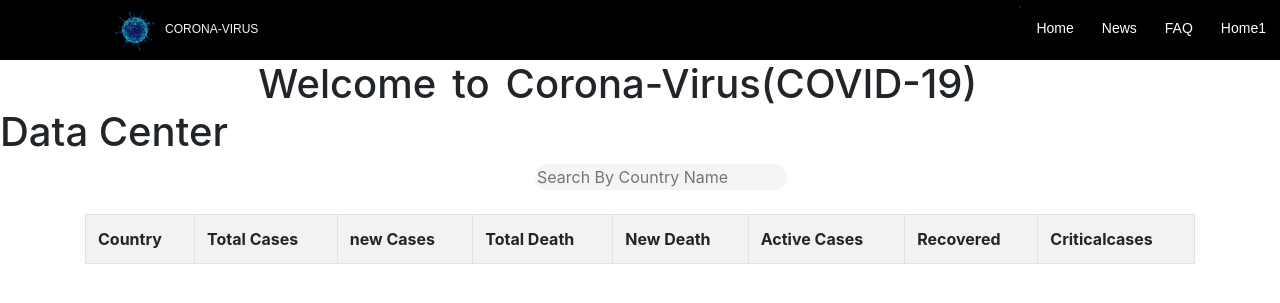
Repository: xthashankar/COVID-19-data-
Page: index.html
These files come from the project's save history. The page is drawn as it stood at one moment and after the next save; the edit follows.
The browser window is 1280 px wide. The pictures show the whole page.
The page's requests for data from a server got no answer.

Above is the page before, as saved 2020-04-16 12:18:21.

After the next save:
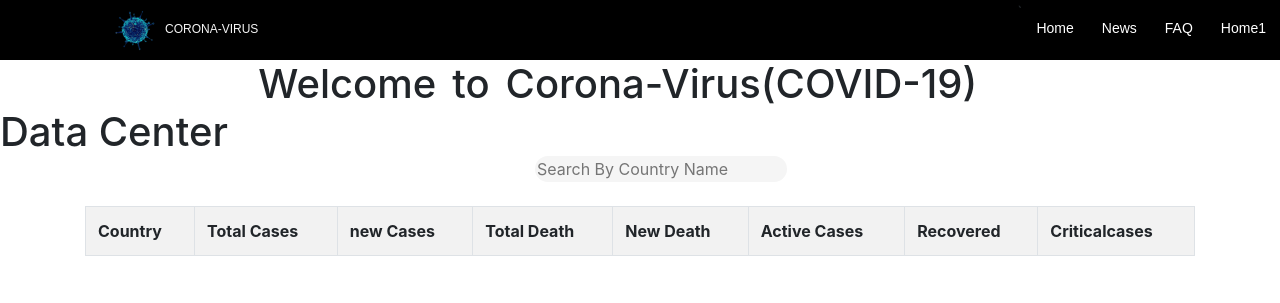
Saved 12 s later.
--- a/css/styles.css
+++ b/css/styles.css
@@ -130,7 +130,7 @@ nav ul li ul li a:hover {
 
 h1{
   text-align: justify;
-  margin: center;
+  margin:0;
 }
 #search{
   border-radius: 10px;
